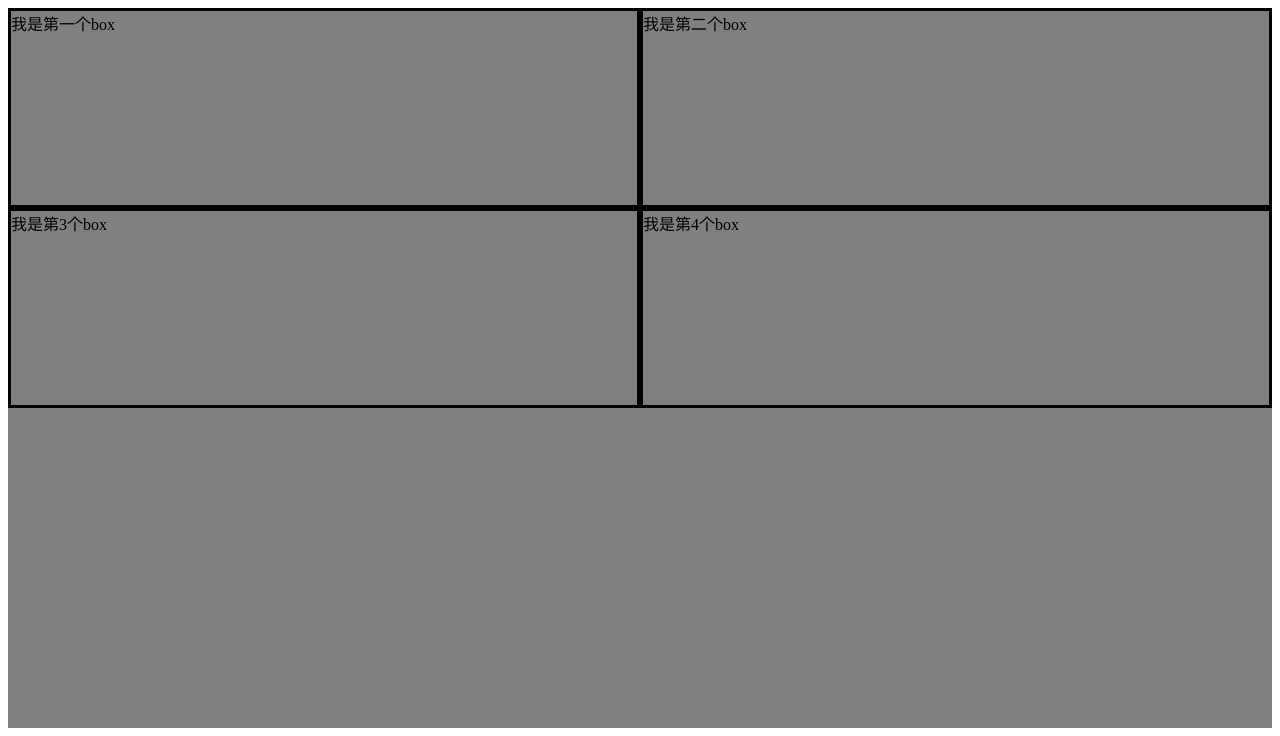
Repository: nanfengovo/CSS
Page: heightandwidth.html
These files come from the project's save history. The page is drawn as it stood at one moment and after a run of saves; the edit follows.
The browser window is 1280 px wide. The pictures show the whole page.

Above is the page before, as saved 2025-01-01 11:08:59.

### heightandwidth.html
<!DOCTYPE html>
<html lang="en">
<head>
    <meta charset="UTF-8">
    <meta name="viewport" content="width=device-width, initial-scale=1.0">
    <title>height width </title>
    <style>
        *{
            box-sizing: border-box;
        }
        .container{
            height: 100vh;
            background-color: gray;
        }
        .box{
            width: 50%;
            height: 200px;
            border: 3px solid #000;
            float: left;
        }
    </style>
</head>
<body>
    <div class="container">
        <div class="box">我是第一个box</div>
        <div class="box">我是第二个box</div>
        <div class="box">我是第3个box</div>
        <div class="box">我是第4个box</div>
    </div>
</body>
</html>

After the next 2 saves:
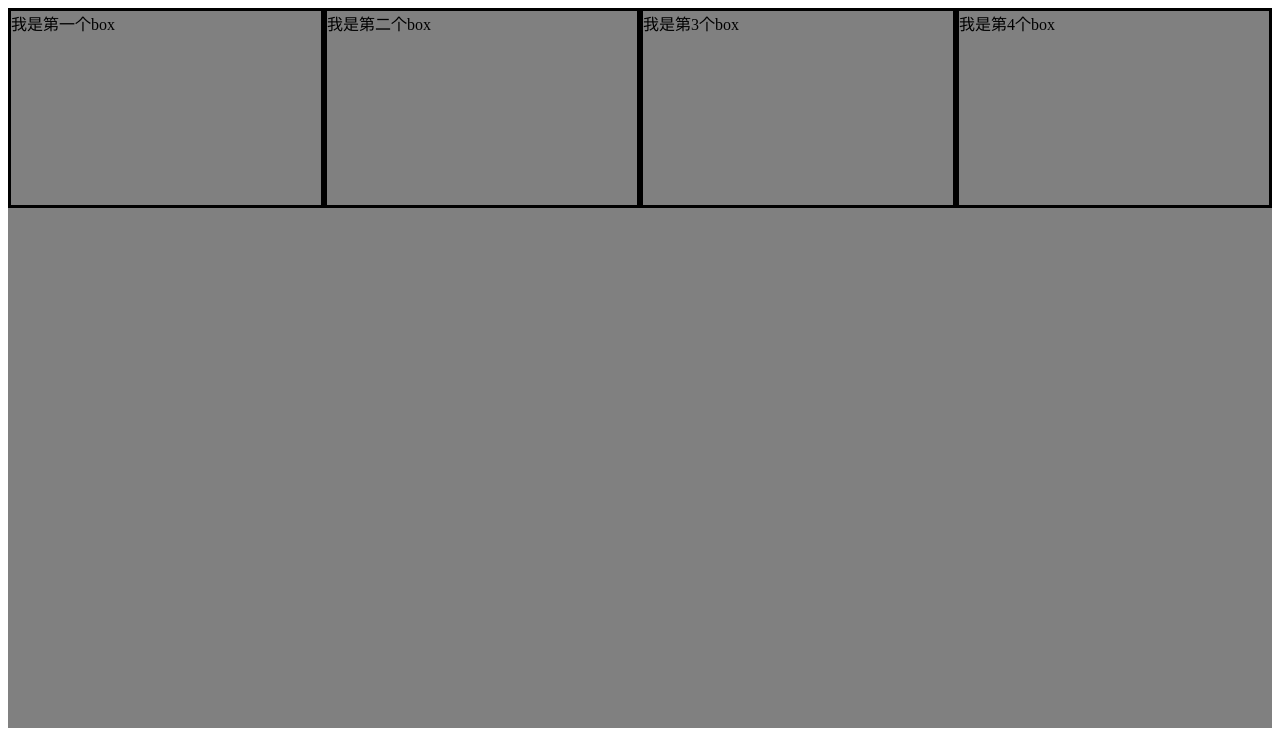
The 2 saves are shown as one change because they came seconds apart.
The last was saved 30 s later.
--- a/heightandwidth.html
+++ b/heightandwidth.html
@@ -13,7 +13,8 @@
             background-color: gray;
         }
         .box{
-            width: 50%;
+            min-width: 25%;
+            max-width: 50%;
             height: 200px;
             border: 3px solid #000;
             float: left;
